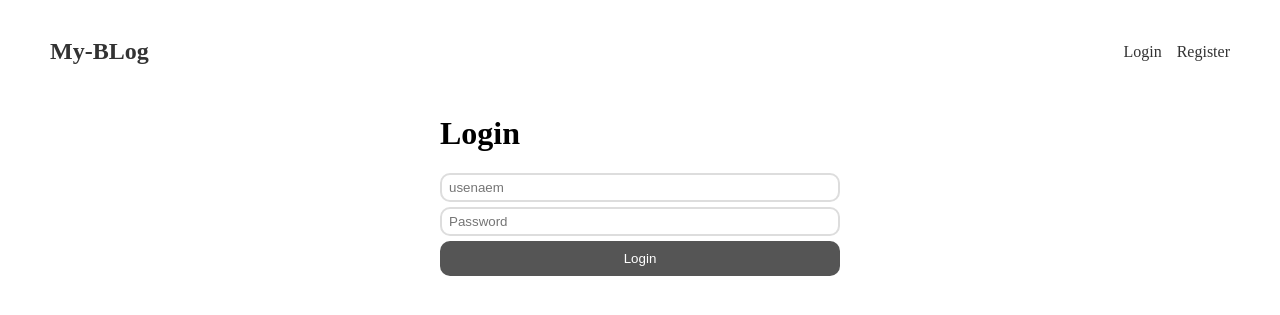
Repository: Attar786/mernblog
Page: /login (app in client/)
The author's editor kept a copy of each file at every save. The page is drawn from the files as they stood at one save, then again after the next save.
The browser window is 1280 px wide. The pictures show the whole page.
The project was rebuilt for these pictures with package versions that can differ from the ones it lists, and the page was loaded fresh each time. Also part of the build but not shown: client/vite.config.js, client/src/components/Post.jsx, client/src/pages/Indexpage.jsx, client/src/pages/RegisterPage.jsx, client/src/index.css.

Above is the page before, as saved 2024-08-14 17:29:41.

### client/src/main.jsx
import { StrictMode } from 'react'
import { createRoot } from 'react-dom/client'
import App from './App.jsx'
import './index.css'
import { BrowserRouter } from 'react-router-dom'

createRoot(document.getElementById('root')).render(
  <StrictMode>
    <BrowserRouter>
    <App />
    </BrowserRouter>
  </StrictMode>
)

### client/src/App.jsx
import "./App.css";
import Layout from "./components/Layout";
import { Routes, Route } from 'react-router-dom';
import Indexpage from "./pages/Indexpage";
import LoginPage from "./pages/LoginPage";
import RegisterPage from "./pages/RegisterPage";

const App = () => {
  return (
    <>
      <Routes>
        <Route path="/" element={<Layout/>}>
        <Route path="/" element={<Indexpage/>} />
        <Route path="/login" element={<LoginPage/>} />
        <Route path="/register" element={<RegisterPage/>} />
        </Route>
      </Routes>
    </>
  );
}

export default App;

### client/src/App.css
*{
  box-sizing: border-box;
}

main{
  padding: 10px;
  max-width: 1200px;
  margin: 0 auto;
}
img{
  max-width: 100%;
  height: auto;
}
header{
  display: flex;
  justify-content: space-between;
  margin-bottom: 50px;
  align-items: center;
  margin-top: 20px;
}

header a{
  text-decoration: none;
  color: #333;
}
header a.logo{
  font-weight:bold;
  font-size: 1.5rem;

}
header nav{
  display: flex;
  gap: 15px;
}
.post{
  display: grid;
  grid-template-columns: 0.9fr 1.1fr;
  gap: 20px;
  margin-bottom: 30px;
}
.texts h2{
  margin: 0;
  font-size: 1.4rem;
}
p.info{
  margin: 6px 0;
  color: #888;
  font-size: 0.7rem;
  font-weight: bold;
}
p.summary{
  margin: 0;
  line-height: 1.2rem;
}
p.info author{
  /* margin: 6px 0; */
  color: #333;
  /* font-size: 0.7rem; */
  font-weight: bold;
}

/* form pages styling */
form.login, form.register
{
  max-width: 400px;
  margin: 0 auto;
}
form input{
  display: block;
  width: 100%;
  margin-bottom: 5px;
  padding: 5px 7px;
  border: 2px solid #ddd;
  border-radius: 10px;
  background-color: #fff;

}
form button{
width: 100%;
border-radius: 10px;
background-color:#555;
border: none;
padding: 10px;
color: white;
cursor: pointer;
}

### client/src/components/Layout.jsx
import { Outlet } from "react-router-dom"
import Header from "./Header"

const Layout = () => {
  return (
    <>
    <main>
        <Header/>
        <Outlet/>
    </main>
    </>
  )
}

export default Layout

### client/src/pages/LoginPage.jsx
const LoginPage = () => {
  return (
    <>
    <form className="login">
    <h1>Login</h1>

        <input type="text" placeholder="usenaem" />
        <input type="password" placeholder="Password" />
        <button type="submit">Login</button>
    </form>
    </>
  )
}

export default LoginPage

### client/src/components/Header.jsx
import { Link } from "react-router-dom"

const Header = () => {
  return (
    <>
          <header>
          <Link to="/" className='logo'>My-BLog</Link>
<nav>
  <Link to="/login">Login</Link>
  <Link to="/register">Register</Link>
</nav>
        </header>
    </>
  )
}

export default Header

Loaded but not shown: client/index.html (common file)

After the next save:
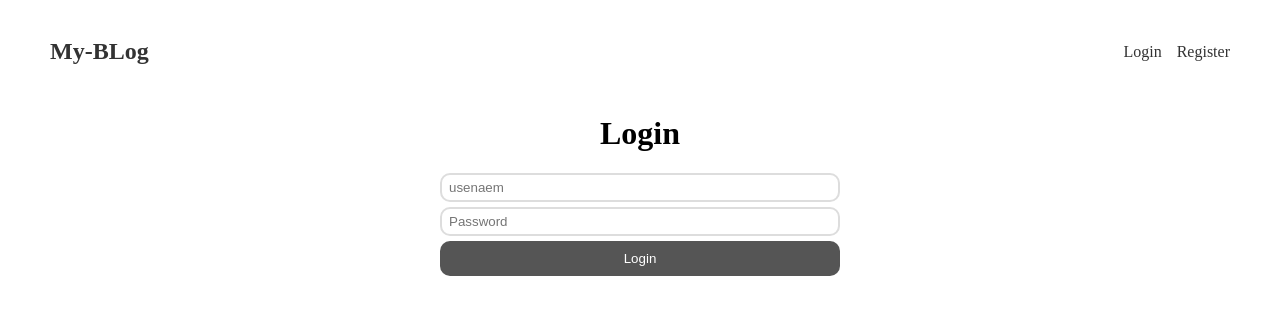
Saved 30 s later.
--- a/client/src/App.css
+++ b/client/src/App.css
@@ -84,3 +84,6 @@
 color: white;
 cursor: pointer;
 }
+form h1{
+  text-align: center;
+}
